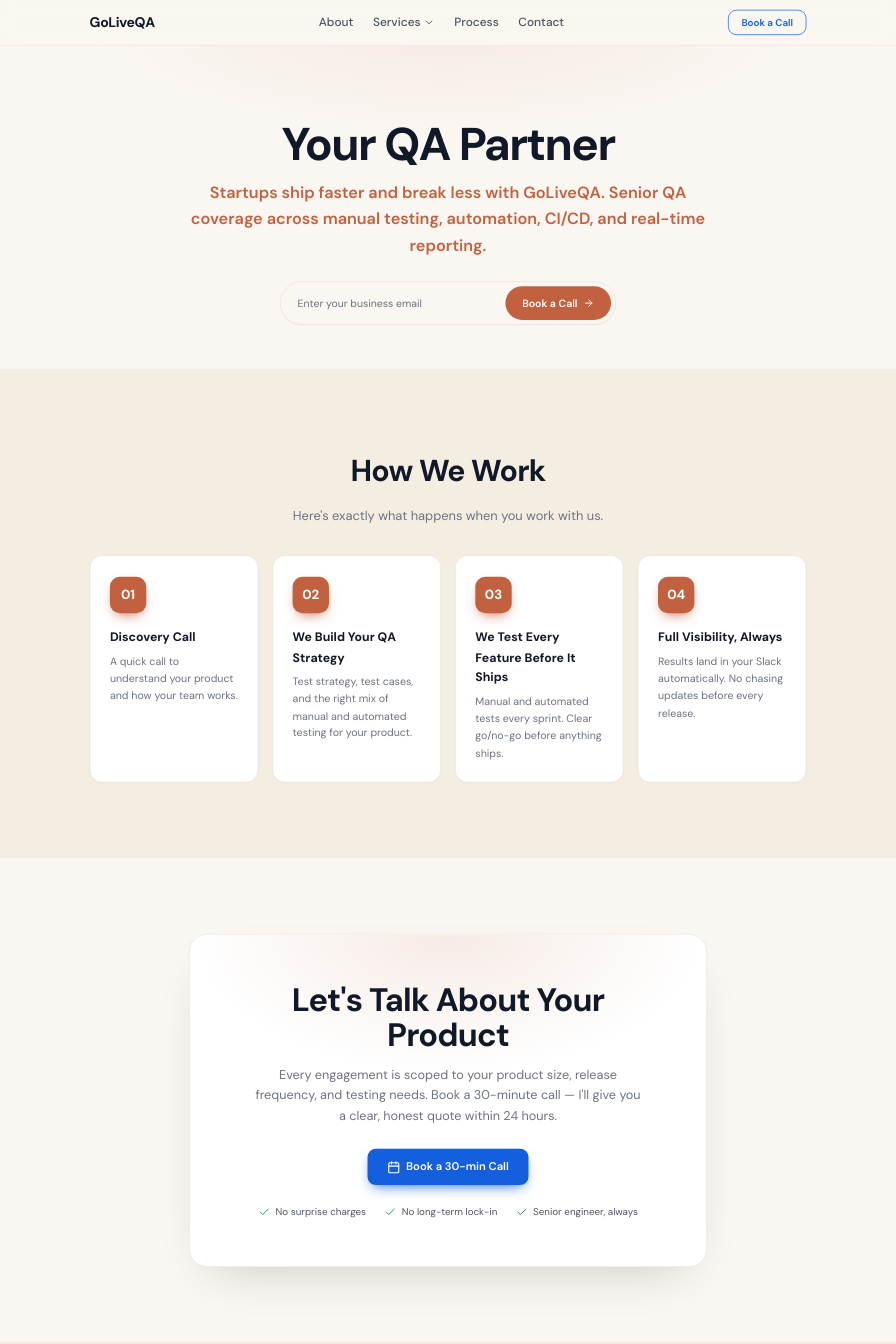
Repository: Monika281992/GoLiveQA
Page: /
These files come from the project's save history. The page is drawn as it stood at one moment and after the next save; the edit follows.
The browser window is 1280 px wide. The pictures show the part of the page from y = 0 to 1920 px (the page is 2887 px tall before and 3790 px after), at 70% of full size.
The project was rebuilt for these pictures with package versions that can differ from the ones it lists, and the page was loaded fresh each time. The framework's server and built-in components were replaced by stand-ins that run in the browser. Also part of the build but not shown: next.config.mjs.

Above is the page before, as saved 2026-06-27 22:46:02.

After the next save:
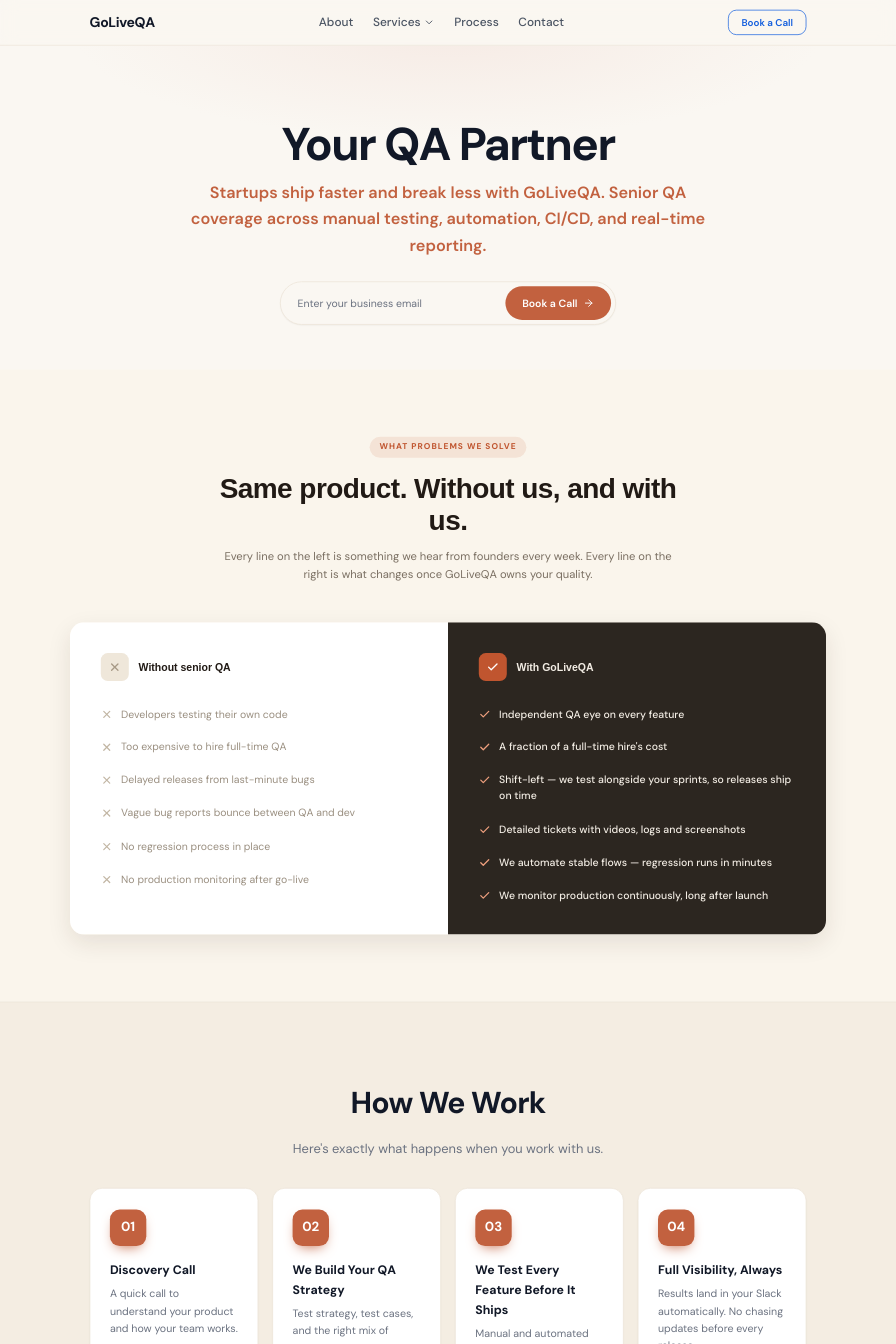
Saved 33 s later.
--- a/app/page.tsx
+++ b/app/page.tsx
@@ -1,5 +1,6 @@
 import { Navbar } from "@/components/navbar";
 import { Hero } from "@/components/hero";
+import { ProblemsWeSolve } from "@/components/ProblemsWeSolve";
 import { Process } from "@/components/process";
 import { Pricing } from "@/components/pricing";
 import { Contact } from "@/components/contact";
@@ -11,6 +12,7 @@
       <Navbar />
       <main>
         <Hero />
+        <ProblemsWeSolve />
         <Process />
         <Pricing />
         <Contact />
